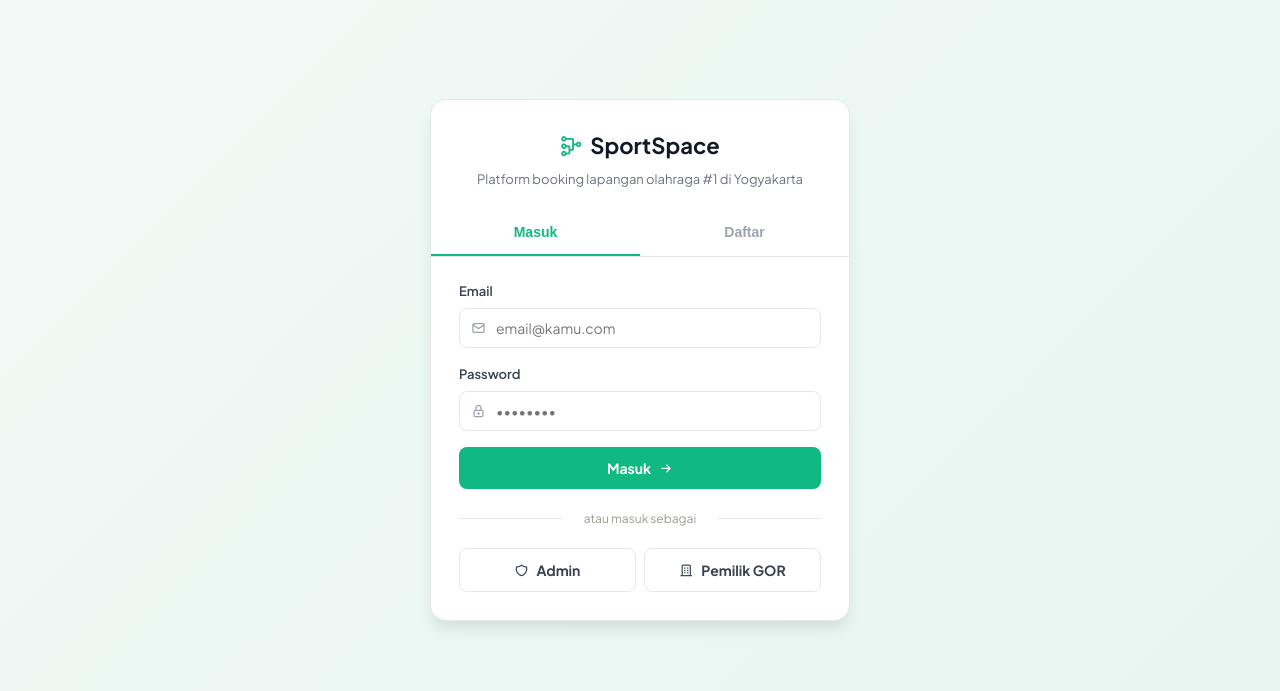
Repository: vira633/SportSpace
Page: login.html
An editor plug-in stored every save of this project. The page is shown before and after the next save, followed by the edit.
The browser window is 1280 px wide. The pictures show the whole page.
Some web libraries are served in a nearby version.

Above is the page before, as saved 2026-06-20 10:13:28.

After the next save:
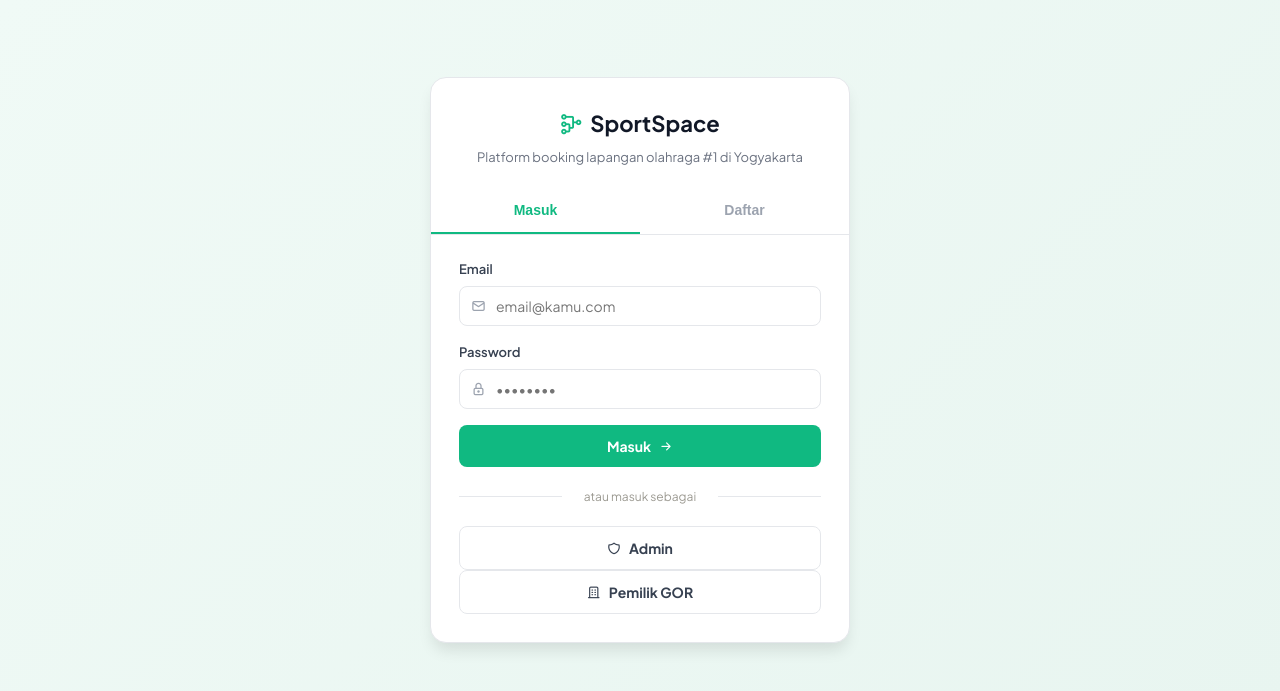
Saved 95 s later.
--- a/login.html
+++ b/login.html
@@ -43,7 +43,7 @@
 
       <div class="divider"><span>atau masuk sebagai</span></div>
 
-      <div style="display:flex; gap:8px;">
+      <div class="role-buttons">
         <button class="btn btn-outline btn-full" onclick="goTo('dashboard-admin.html')"><i class="ti ti-shield"></i> Admin</button>
         <button class="btn btn-outline btn-full" onclick="goTo('dashboard-owner.html')"><i class="ti ti-building"></i> Pemilik GOR</button>
       </div>
